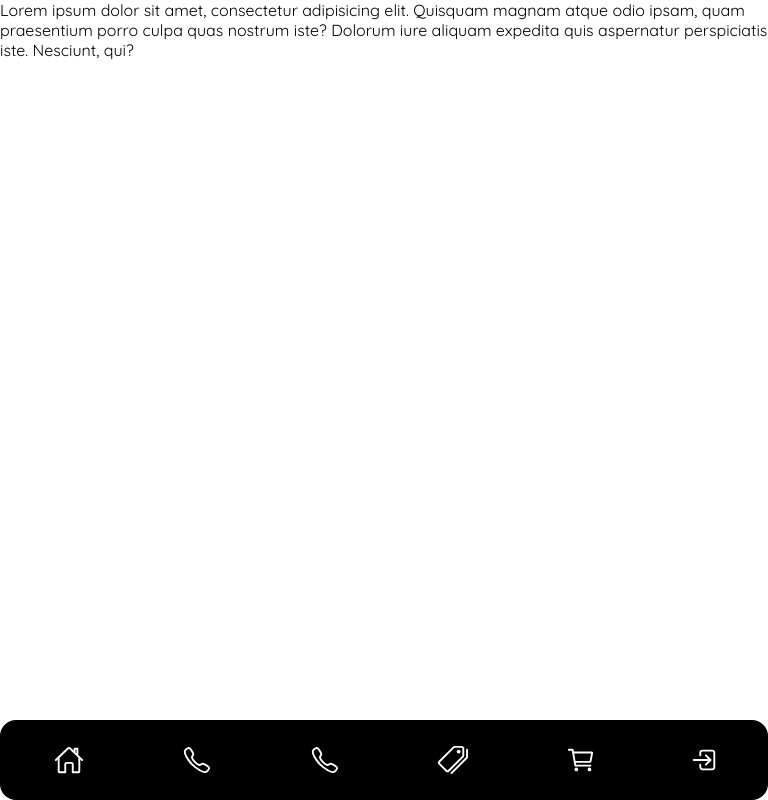
Repository: Fuocmanh/demo
Page: site/nav.html
The author's editor kept a copy of each file at every save. The page is drawn from the files as they stood at one save, then again after the next save.
The browser window is 768 px wide. The pictures show the whole page.

Above is the page before, as saved 2022-12-30 13:27:36.

After the next save:
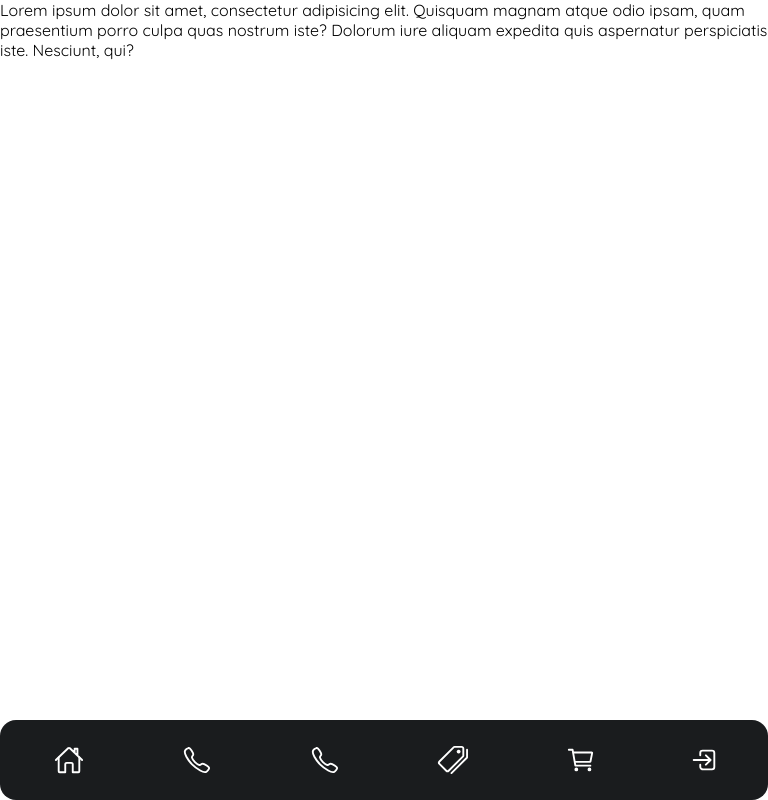
Saved 31 s later.
--- a/css/style.css
+++ b/css/style.css
@@ -112,7 +112,7 @@ li {
         flex-direction: row;
         align-items: center;
         justify-content: center ;
-        background-color: black;
+        background-color: #1A1C1E;
         width: 100%;
         height: 80px;
         /* padding: 0; */
